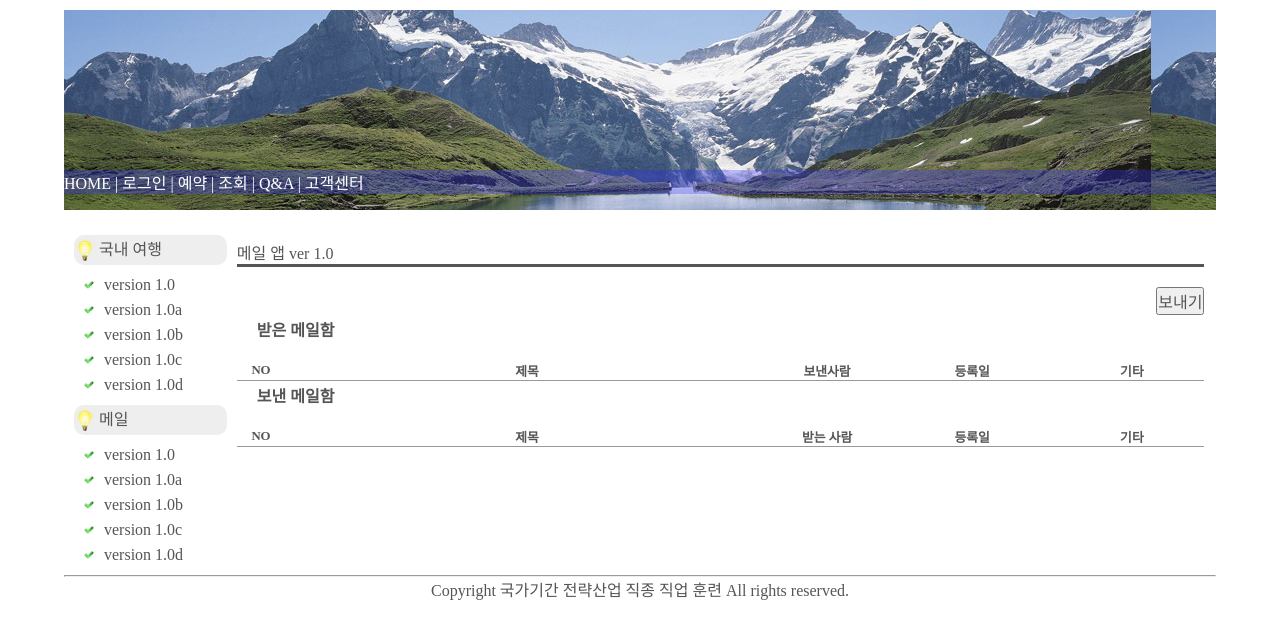
Repository: jangky000/ai_web
Page: http://localhost/blog_v2jc/mail_app/list.jsp
These files come from the project's save history. The page is drawn as it stood at one moment and after the next save; the edit follows.
The browser window is 1280 px wide. The pictures show the whole page.
The page is served by Tomcat 9. Other server files are loaded and not shown. Queries for data that is not in the repository find no rows.

Above is the page before, as saved 2020-03-27 06:49:52.

### ws__frame/blog_v2jc/WebContent/mail_app/list.jsp
<%@ page contentType="text/html; charset=UTF-8" %>

<!-- MySQL에서 DBMS에 연결할때 쓰던 import 패키지와 구성이 같다. -->
 <!-- MovieDAO2.java 참조 -->
<%@ page import="java.sql.Connection" %>
<%@ page import=" java.sql.DriverManager" %>
<%@ page import="java.sql.PreparedStatement" %>
<%@ page import="java.sql.ResultSet" %>
<%@ page import="java.sql.SQLException" %>

<%
request.setCharacterEncoding("utf-8");
String root = request.getContextPath();
%>

<%
// 필요 변수 선언
Connection con = null;              // DBMS 연결
PreparedStatement pstmt = null; // SQL 실행
ResultSet rs = null;                   // SELECT 결과를 저장
StringBuffer sql = null;              // SQL 문장
int count = 0;                         // 처리된 레코드 갯수

// MYSQL
// String className = "org.gjt.mm.mysql.Driver"; // MySQL 연결 Driver
// String url = "jdbc:mysql://172.16.12.4:3306/javadb?useUnicode=true&characterEncoding=euckr"; //데이터베이스 javadb 사용

//Oracle, jdbc 연결
String className = "oracle.jdbc.driver.OracleDriver"; // Oracle 연결 Driver
String url = "jdbc:oracle:thin:@127.0.0.1:1521:XE"; //XE -> soldesk 등으로 달라질 수 있다.

String user = "ai6";
String password = "1234";
%>

<!DOCTYPE html>
<html lang="ko">
<head>
<meta charset="UTF-8">
<title>메일 앱</title>
<link href="<%=root%>/css/style.css" rel="Stylesheet" type="text/css">
</head>
<body>
<jsp:include page="/menu/top.jsp" flush='false' />
  <div class="title_line">메일 앱 ver 1.0</div>
  <div class="sub_menu">
    <button type="button" onclick="location.href='./create_form.jsp'">보내기</button>
  </div>
  <table class="table_basic">
    <caption style="text-align: left; margin: 0 0 20px 20px;"><h2>받은 메일함</h2></caption>
    <colgroup>
      <col style="width: 5%;">
      <col style="width: 50%;">
      <col style="width: 12%;">
      <col style="width: 18%;">
      <col style="width: 15%;">
    </colgroup>
    <thead>
      <tr>
        <th class="th_basic">NO</th>
        <th class="th_basic">제목</th>
        <th class="th_basic">보낸사람</th>
        <th class="th_basic">등록일</th>
        <th class="th_basic">기타</th>
      </tr>
    </thead>
    <tbody>
      <%
      try {
        Class.forName(className);
        con = DriverManager.getConnection(url, user, password );

        sql = new StringBuffer();
        sql.append(" SELECT mailno, title, content, mail_from, mail_to, rdate");
        sql.append(" FROM mail_app");
        sql.append(" ORDER BY mailno DESC");

        pstmt = con.prepareStatement(sql.toString());

        rs = pstmt.executeQuery(); // SELECT문 실행: executeQuery() : return ResultSet 타입

        int n = 0;
        while(true) {
          if(rs.next() == true) {
            System.out.println(rs.getInt("mailno"));
            %>
            <tr>
              <td class="td_basic"><%= rs.getInt("mailno")%></td>
              <td class="td_left"><a href="./read.jsp?mailno=<%= rs.getInt("mailno")%>"><%= rs.getString("title")%></a></td>
              <td class="td_basic"><%= rs.getString("mail_from")%></td>
              <td class="td_basic"><%= rs.getString("rdate")%></td>
              <td class="td_basic">수정/삭제</td>
            </tr>
            <%
          }
          else {
            break;
          }
        }

      } catch (SQLException e) {
        System.out.println("SQL 실행 중 예외 발생");
        e.printStackTrace();
      } catch (ClassNotFoundException e) {
        System.out.println("JDBC 드라이버가 없습니다.");
        e.printStackTrace();
      } finally {
        try{ if (rs != null){ rs.close(); } }catch(Exception e){ }
        try{ if (pstmt != null){ pstmt.close(); } }catch(Exception e){ }
        try{ if (con != null){ con.close(); } }catch(Exception e){ }
      }
      %>
    </tbody>
  </table>

  <table class="table_basic">
    <caption style="text-align: left; margin: 0 0 20px 20px;"><h2>보낸 메일함</h2></caption>
    <colgroup>
      <col style="width: 5%;">
      <col style="width: 50%;">
      <col style="width: 12%;">
      <col style="width: 18%;">
      <col style="width: 15%;">
    </colgroup>
    <thead>
      <tr>
        <th class="th_basic">NO</th>
        <th class="th_basic">제목</th>
        <th class="th_basic">받는 사람</th>
        <th class="th_basic">등록일</th>
        <th class="th_basic">기타</th>
      </tr>
    </thead>
    <tbody>
      <%
      try {
        Class.forName(className);
        con = DriverManager.getConnection(url, user, password );

        sql = new StringBuffer();
        sql.append(" SELECT mailno, title, content, mail_from, mail_to, rdate");
        sql.append(" FROM mail_app");
        sql.append(" ORDER BY mailno DESC");

        pstmt = con.prepareStatement(sql.toString());

        rs = pstmt.executeQuery(); // SELECT문 실행: executeQuery() : return ResultSet 타입

        int n = 0;
        while(true) {
          if(rs.next() == true) {
            System.out.println(rs.getInt("mailno"));
            %>
            <tr>
              <td class="td_basic"><%= rs.getInt("mailno")%></td>
              <td class="td_left"><a href="./read.jsp?mailno=<%= rs.getInt("mailno")%>"><%= rs.getString("title")%></a></td>
              <td class="td_basic"><%= rs.getString("mail_from")%></td>
              <td class="td_basic"><%= rs.getString("rdate")%></td>
              <td class="td_basic">수정/삭제</td>
            </tr>
            <%
          }
          else {
            break;
          }
        }

      } catch (SQLException e) {
        System.out.println("SQL 실행 중 예외 발생");
        e.printStackTrace();
      } catch (ClassNotFoundException e) {
        System.out.println("JDBC 드라이버가 없습니다.");
        e.printStackTrace();
      } finally {
        try{ if (rs != null){ rs.close(); } }catch(Exception e){ }
        try{ if (pstmt != null){ pstmt.close(); } }catch(Exception e){ }
        try{ if (con != null){ con.close(); } }catch(Exception e){ }
      }
      %>
    </tbody>
  </table>



<jsp:include page="/menu/bottom.jsp" flush='false' />
</body>
</html>
</html>

### ws__frame/blog_v2jc/WebContent/menu/top.jsp
<%@ page contentType="text/html; charset=UTF-8" %>
<!-- jsp: include를 사용했기 때문에 root로 인한 충돌이 발생하지 않는다. -->
<% String root = request.getContextPath(); %>

<DIV class='container'>
  <DIV class='top_img'>
    <NAV class="top_menu">
      <a href="<%=root %>" class="menu_link">HOME</a> | 로그인 | 예약 | 조회 | Q&A | 고객센터
    </NAV>
  </DIV>

  <DIV style='margin-top: 10px;'> <!-- 좌측 메뉴 + 내용 시작 -->
    <DIV class='left_menu'> <!--  좌측 메뉴 시작 -->
      <div class="li_left_menu_1" >국내 여행</div>
      <UL>
         <!-- 모든 위치에서 동일한 주소를 찾아야하므로, 절대 경로로 설정 -->
        <LI class="li_left_menu_2"><a href="<%= request.getContextPath() %>/notice1/list.jsp">version 1.0</a></LI>
        <LI class="li_left_menu_2"><a href="<%= request.getContextPath() %>/notice1a/list.jsp">version 1.0a</a></LI>
        <LI class="li_left_menu_2"><a href="<%= request.getContextPath() %>/notice1b/list.jsp">version 1.0b</a></LI>
        <LI class="li_left_menu_2"><a href="<%= request.getContextPath() %>/notice1c/list.jsp">version 1.0c</a></LI>
        <LI class="li_left_menu_2"><a href="<%= request.getContextPath() %>/notice1d/list.jsp">version 1.0d</a></LI>
      </UL>
      <!-- br을 쓰는 것보다 margin으로 여백을 주는 것이 낫다 -->
      <div class="li_left_menu_1">메일</div>
      <UL>
        <LI class="li_left_menu_2"><a href="<%= request.getContextPath() %>/mail_app/list.jsp">version 1.0</a></LI>
        <LI class="li_left_menu_2"><a href="<%= request.getContextPath() %>/mail_app1a/list.jsp">version 1.0a</a></LI>
        <LI class="li_left_menu_2"><a href="<%= request.getContextPath() %>/mail_app1b/list.jsp">version 1.0b</a></LI>
        <LI class="li_left_menu_2"><a href="<%= request.getContextPath() %>/mail_app1c/list.jsp">version 1.0c</a></LI>
        <LI class="li_left_menu_2"><a href="<%= request.getContextPath() %>/mail_app1d/list.jsp">version 1.0d</a></LI>
      </UL>

    </DIV>  <!--  좌측 메뉴 종료 -->

    <DIV class='content_body'> <!--  내용 시작 -->

### ws__frame/blog_v2jc/WebContent/menu/bottom.jsp
<%@ page contentType="text/html; charset=UTF-8" %>

    </DIV> <!-- 내용 종료 -->
  </DIV> <!-- 좌측 메뉴 + 내용 종료 -->

  <!-- 화면 하단 메뉴 -->
  <DIV class='copyright'>
    <HR>
    Copyright 국가기간 전략산업 직종 직업 훈련 All rights reserved.
  </DIV>

</DIV> <!-- 컨테이너 종료 -->

### ws__frame/blog_v2jc/WebContent/css/style.css
/* ver 0.2 */
/* 모든 태그에 적용 */
  *{
     font-family: Malgun Gothic;
     font-size: 16px;
     margin: 0px;  /* top right bottom left */
     padding: 0px;
     color: #555555;
  }

  .container {
    width: 90%;
    margin: 10px auto;
  }

  /*
  이미지 경로 지정
  권장하지 않는 방법(절대경로): background-image: url('/blog_v2jc/css/images/top_image.jpg');
  권장하는 방법(상대경로): background-image: url('./images/top_image.jpg');
  style.css 파일이 include(link)되는 폴더를 현재 폴더로 인식함
  /blog_v2jc/css/style.css에서 사용
  /blog_v2jc/css/images/top_image.jpg 인식
   */
  .top_img {
    width: 100%;
    height: 200px;
    /* background-image: url('/blog_v2jc/menu/images/top_image.jpg'); */
    background-image: url('./images/top_image.jpg');
  }

  .top_menu {
    position: relative;  /* 부모 태그 기준 화면 상단 기준 */
    top: 80%;
    /* left: 2px;  */
    background-color: rgba(50, 50, 255, 0.3);
    color: white;
  }

  .left_menu {
    width: 15%;
    float: left;
  }

  .content_body {
    width: 84%;
    float: left;
  }

  .content_bottom {

  }

  .bottom_menu {
    text-align: center;
    margin: 20px auto;
    clear: both;
  }

  .copyright {
    text-align: center;
    margin: 20px auto; /* 블럭 가운데 정렬 */
    clear: both; /*  float: left; 해제 float 효과를 제거 */
  }

  .li_warning{/* 경고 메시지 */
    list-style: none;
    margin: 15px 10px;
    color: #ff6600;
  }

  .li_error{ /* 에러 메시지 */
    list-style: none;
    margin: 15px 10px;
    color: #FF0000;
  }

  .li_none{
    list-style: none;
    margin: 15px 10px;
  }

  .fieldset_basic{
    width:90%;
    margin:10px auto;
    border-top: none;
    border-right: none;
    border-bottom: none;
    border-left: none;
    padding: 10px;
  }

  .legend_basic{
    margin-left:30px;
    border:solid 1px #999999;
    background-color: #A6C2FF;
    color:#FFFFFF;
  }

  input:focus {outline:none;}
  .input_basic{
    border-top: none;
    border-right: none;
    border-bottom: solid 1px #999999;
    border-left: none;
  }

  .title_line{
    text-align:left;
    /* text-decoration: underline; */
    border-bottom: solid 3px #555555;
    width: 100%;
    margin: 20px auto;

  }

  .sub_menu{
    text-align: right;
    width: 100%;
  }

  .table_basic{
    border-collapse: collapse; /* 셀 합치기 */
    margin: 2px auto;
    width: 100%;
  }

  /*
    1em 기본값: 16px, 주변 태그의 글자 크기를 1em으로 인식
    div 태그가 20px일 경우 자식 태그가 0.5em이면 최종적으로 10px이 적용됨.
  */
  .th_basic{
    font-size: 0.8em;
    border-bottom: solid 1px #999999;
  }

  .td_basic{
    background-color: #ffffff;

    border-top: none;
    border-right: none;
    border-bottom: solid 1px #dddddd;
    border-left: none;

    text-align: center;
  }

  .td_left{
    background-color: #ffffff;

    border-top: none;
    border-right: none;
    border-bottom: solid 1px #dddddd;
    border-left: none;

    text-align: left;
  }

  A:link{  /* 방문전 상태 */
    text-decoration: none; /* 밑줄 삭제 */
    color: #555555;
  }

  A:visited{  /* 방문후 상태 */
    text-decoration: none; /* 밑줄 삭제 */
    color: #555555;
  }

  A:hover{  /* A 태그에 마우스가 올라간 상태 */
    text-decoration: underline; /* 밑줄 출력 */
    color: #7777FF;
  }

  A:active{  /* A 태그를 클릭한 상태 */
    text-decoration: underline; /* 밑줄 출력 */
    color: #7777FF;
  }

  /* top menu */
  .menu_link:link{  /* 방문전 상태 */
    text-decoration: none; /* 밑줄 삭제 */
    color: white;
  }

  .menu_link:visited{  /* 방문후 상태 */
    text-decoration: none; /* 밑줄 삭제 */
    color: white;
  }

  .menu_link:hover{  /* A 태그에 마우스가 올라간 상태 */
    text-decoration: underline; /* 밑줄 출력 */
    color: white;
    /* font-weight: bold; */
  }

  .menu_link:active{  /* A 태그를 클릭한 상태 */
    text-decoration: underline; /* 밑줄 출력 */
    color: white;
  }

  .content_title{
    border-top: none;
    border-right: none;
    border-bottom: solid 1px #999999;
    border-left: none;

    margin-bottom: 20px;
  }

  .content_bottom{
    border-top: none;
    border-right: none;
    border-bottom: none;
    border-left: none;
    margin: 20px 0;
    text-align: right;
    font-size: 0.8em;
  }

  .li_left_menu_1{/* 화면 좌측 대분류 */
    list-style: none;
    margin: 15px 10px;
    background: url(./images/li_left_menu_1.png) left center no-repeat; /* url 왼쪽 중간 반복x */
    background-color:#eeeeee;
    border-radius:10px;
    background-size: 22px;
    padding-left: 25px;
    line-height: 30px;
  }

  .li_left_menu_2{/* 화면 좌측 중분류 */
    list-style: none;
    margin: 15px 10px;
    background: url(./images/li_left_menu_2.png) left center no-repeat; /* url 왼쪽 중간 반복x */
    background-size: 10px;
    margin-left: 20px;
    padding-left: 20px;
    line-height: 10px;
  }

After the next save:
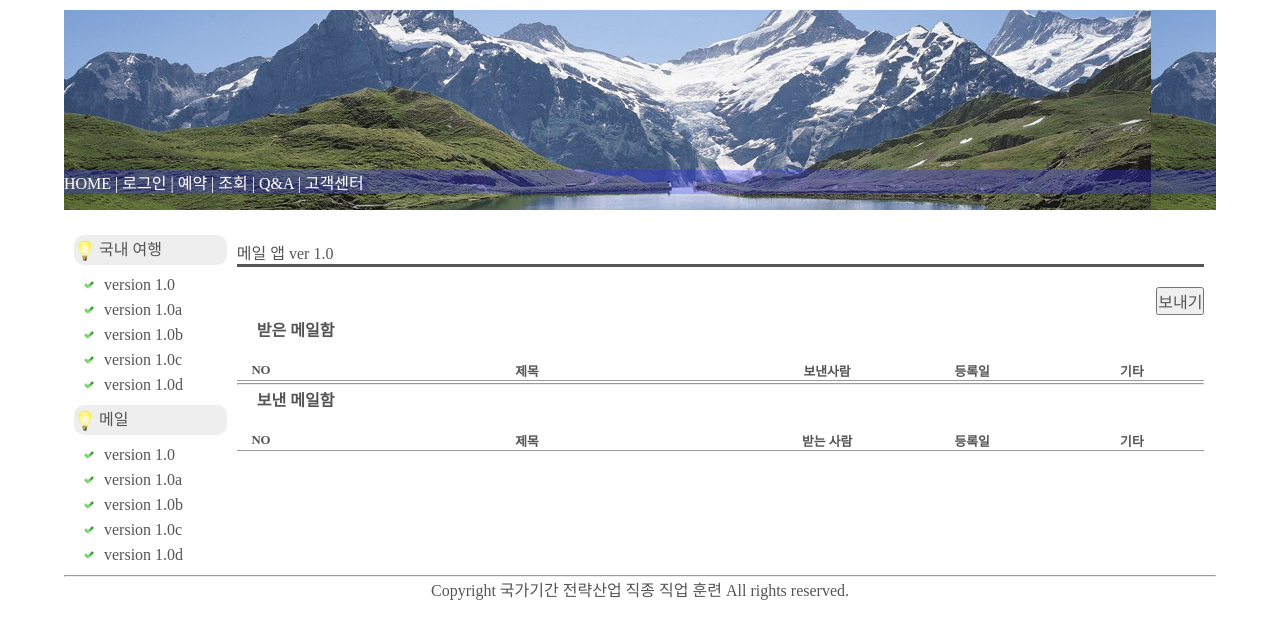
Saved 6 s later.
--- a/ws__frame/blog_v2jc/WebContent/mail_app/list.jsp
+++ b/ws__frame/blog_v2jc/WebContent/mail_app/list.jsp
@@ -113,6 +113,8 @@ String password = "1234";
     </tbody>
   </table>
 
+  <hr>
+
   <table class="table_basic">
     <caption style="text-align: left; margin: 0 0 20px 20px;"><h2>보낸 메일함</h2></caption>
     <colgroup>
